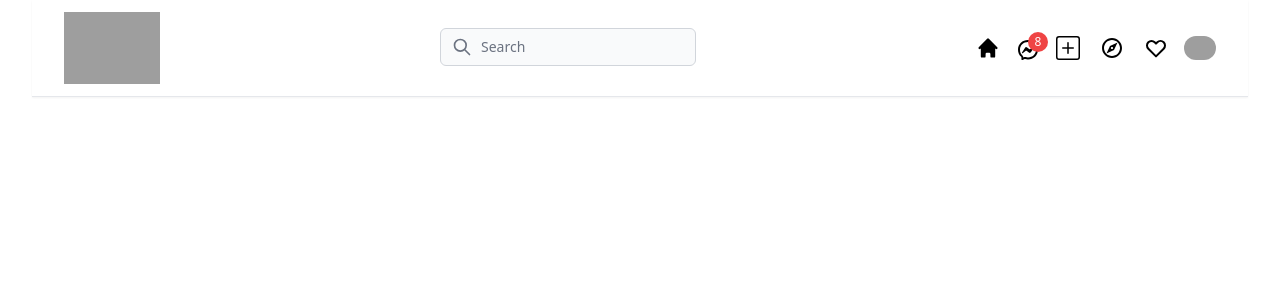
Repository: SehajBindra/insta--clone
Page: /
These files come from the project's save history. The page is drawn as it stood at one moment and after the next save; the edit follows.
The browser window is 1280 px wide. The pictures show the whole page.
Pictures or frames that could not be fetched are drawn as grey boxes. The project was rebuilt for these pictures with package versions that can differ from the ones it lists, and the page was loaded fresh each time. The framework's server and built-in components were replaced by stand-ins that run in the browser. Also part of the build but not shown: next.config.js.

Above is the page before, as saved 2022-04-11 14:11:08.

### pages/index.js
import Head from 'next/head'
import Image from 'next/image'
import Header from '../components/Header'
import styles from '../styles/Home.module.css'

export default function Home() {
  return (
    <div className={styles.container}>
      <Head>
        <title>Instagram</title>
        <meta name="description" content="Generated by create next app" />
        <link rel="icon" href="https://upload.wikimedia.org/wikipedia/commons/thumb/a/a5/Instagram_icon.png/600px-Instagram_icon.png" />

      </Head>
      <Header />

    </div>
  )
}

### styles/globals.css
@tailwind base;
@tailwind components;
@tailwind utilities;


@layer components {
  .navBtn {
    @apply hidden h-6 md:inline-flex cursor-pointer hover:scale-125 transition-all duration-150 ease-out
  }
}

### components/Header.js
import React from "react";
import Image from "next/image";
import { RiMessengerLine } from "react-icons/ri";
import { BsPlusSquare } from "react-icons/bs";
import { MdOutlineExplore } from "react-icons/md";

import {
    SearchIcon,
    PlusCircleIcon,
    UserGroupIcon,
    HeartIcon,
    PaperAirplaneIcon,
    MenuIcon
} from "@heroicons/react/outline"
import {HomeIcon } from "@heroicons/react/solid";

function Header() {
  return (
    <div className="shadow-sm border-b  bg-white sticky top-0">
      <div className="flex justify-between max-w-6xl mx-5 xl:mx-auto ">
        <div className="relative hidden lg:inline-grid w-24 h-24">
          <Image
            src="https://links.papareact.com/ocw"
            layout="fill"
            objectFit="contain"
          />
        </div>

        <div className=" relative w-10   lg:hidden flex-shrink-0 cursor-pointer">
          <Image
            src="https://links.papareact.com/jjm"
            layout="fill"
            objectFit="contain"
          />
        </div>

        {/* Middle Search Input Field */}
        <div className=" max-w-xs">
        <div className=" relative mt-1 lg:mt-4 p-3 rounded-md ">
            <div className=" absolute inset-y-3  pl-3 flex items-center pointer-events-none ">
             <SearchIcon  className="h-5  w-5 text-gray-500" />
            </div>
            <input className="bg-gray-50 block w-full pl-10 sm:text-sm border-gray-300  focus:ring-black  focus:border-black rounded-md" type="text" placeholder="Search" />

        </div>
        </div>
       {/* Right side */}
       <div className="flex items-center  justify-end space-x-4">
       <HomeIcon className=" navBtn" />
       <MenuIcon className=" h-6 md:hidden cursor-pointer " />
       <div className=" relative navBtn ">
       <RiMessengerLine className="h-7 w-6  navBtn" />
       <div className=" absolute -top-1 -right-2  text-xs w-5 h-5 bg-red-500  rounded-full flex items-center  justify-center animate-none text-white ">8</div>
       </div>

       <BsPlusSquare  className="h-6 w-6"/>
       {/* <UserGroupIcon className="navBtn"/> */}
       <MdOutlineExplore className="h-6  w-8 cursor-pointer hover:scale-125 transition-all duration-150 ease-out" />
       <HeartIcon     className="navBtn"  />

       <img className="h-6 rounded-full  cursor-pointer" src="https:links.papareact.com/3ke" alt="profile pic"  />
       </div>
      </div>
    </div>
  );
}

export default Header;

### tailwind.config.js
module.exports = {
  content: ["./pages/**/*.{js,ts,jsx,tsx}",
  "./components/**/*.{js,ts,jsx,tsx}",],
  theme: {
    extend: {},
  },
  plugins: [require("@tailwindcss/forms")],
}

Loaded but not shown: pages/_app.js (common file); styles/Home.module.css (common file)

After the next save:
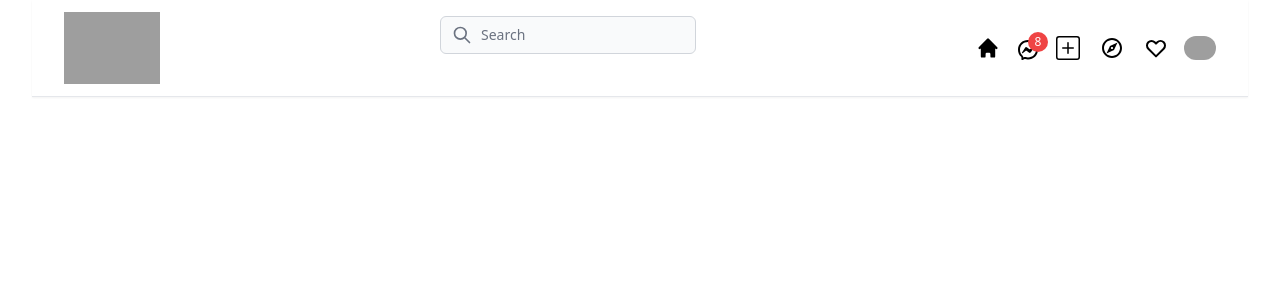
Saved 61 s later.
--- a/components/Header.js
+++ b/components/Header.js
@@ -36,7 +36,7 @@
 
         {/* Middle Search Input Field */}
         <div className=" max-w-xs">
-        <div className=" relative mt-1 lg:mt-4 p-3 rounded-md ">
+        <div className=" relative mt-1  p-3 rounded-md ">
             <div className=" absolute inset-y-3  pl-3 flex items-center pointer-events-none ">
              <SearchIcon  className="h-5  w-5 text-gray-500" />
             </div>

After the save that followed:
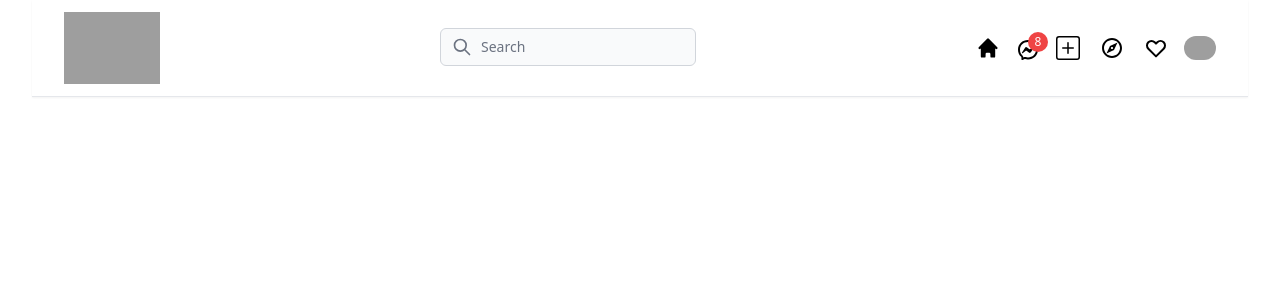
Saved 2 min 50 s later.
--- a/components/Header.js
+++ b/components/Header.js
@@ -36,7 +36,7 @@
 
         {/* Middle Search Input Field */}
         <div className=" max-w-xs">
-        <div className=" relative mt-1  p-3 rounded-md ">
+        <div className=" relative mt-1 lg:mt-4 p-3 rounded-md ">
             <div className=" absolute inset-y-3  pl-3 flex items-center pointer-events-none ">
              <SearchIcon  className="h-5  w-5 text-gray-500" />
             </div>
